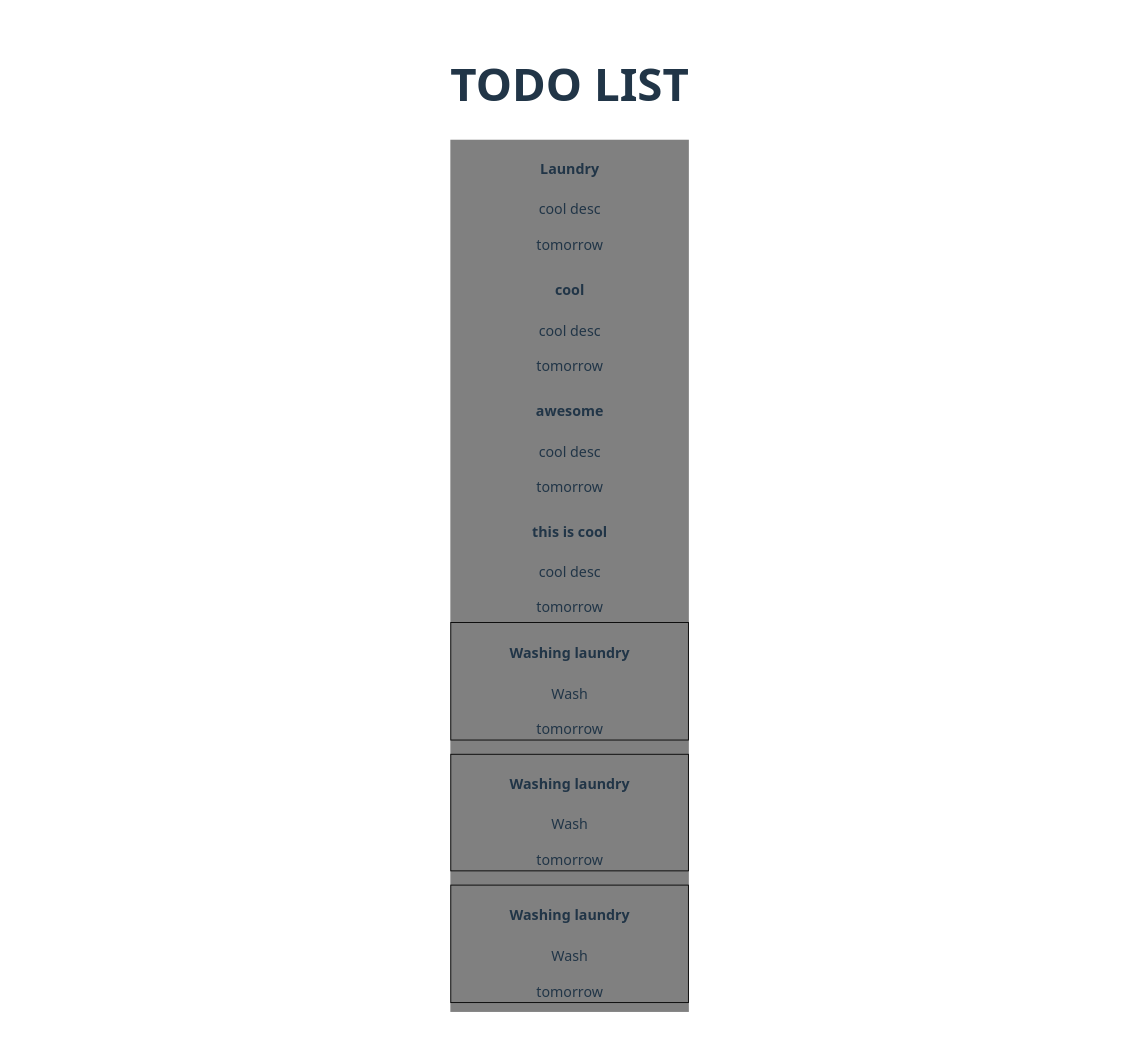
Repository: DISC-NU/workshop-3-activites
Page: /
An editor plug-in stored every save of this project. The page is shown before and after the next save, followed by the edit.
The browser window is 1280 px wide. The pictures show the whole page, at 89% of full size.
The project was rebuilt for these pictures with package versions that can differ from the ones it lists, and the page was loaded fresh each time. Also part of the build but not shown: vite.config.js.

Above is the page before, as saved 2025-10-06 19:24:14.

After the next save:
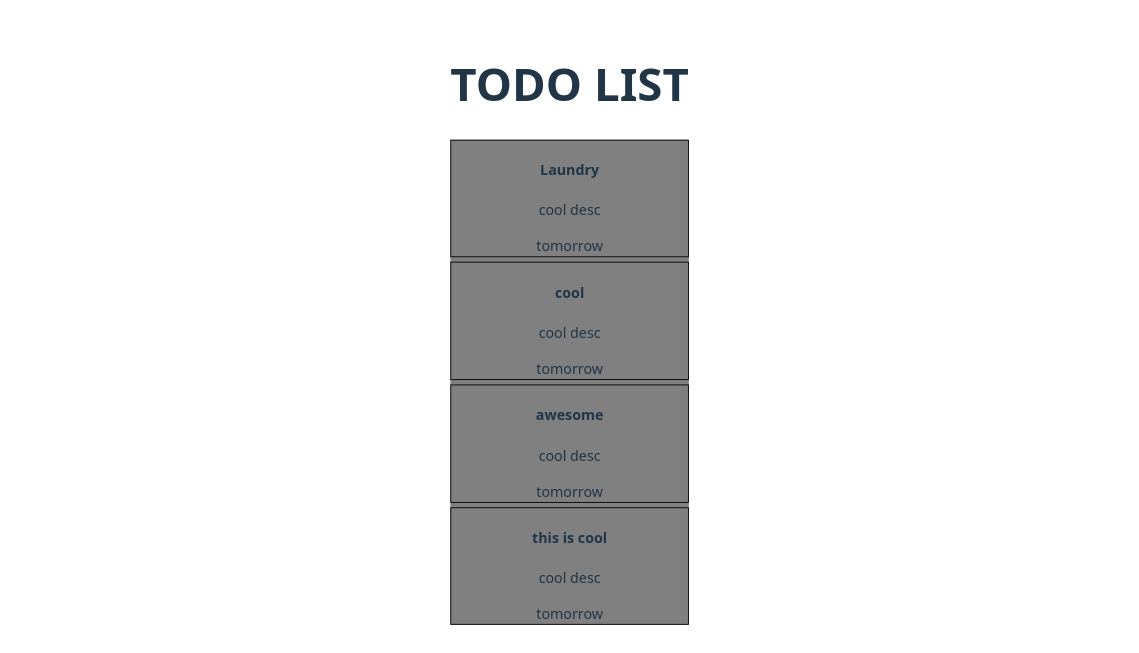
Saved 18 s later.
--- a/src/App.jsx
+++ b/src/App.jsx
@@ -2,7 +2,7 @@ import './App.css'
 
 function Item({ title, description, deadline }) {
   return(
-    <div>
+    <div style={{ border: '1px solid black' }}>
       <h4>{title}</h4>
       <p>{description}</p>
       <span>{deadline}</span>
@@ -19,22 +19,6 @@ function App() {
         <Item title='cool' description='cool desc' deadline='tomorrow' />
         <Item title='awesome' description='cool desc' deadline='tomorrow' />
         <Item title='this is cool' description='cool desc' deadline='tomorrow' />
-
-        <div className='task'>
-          <h4>Washing laundry</h4>
-          <p>Wash</p>
-          <span>tomorrow</span>
-        </div>
-        <div className='task'>
-          <h4>Washing laundry</h4>
-          <p>Wash</p>
-          <span>tomorrow</span>
-        </div>
-        <div className='task'>
-          <h4>Washing laundry</h4>
-          <p>Wash</p>
-          <span>tomorrow</span>
-        </div>
       </div>
     </main>
   );
